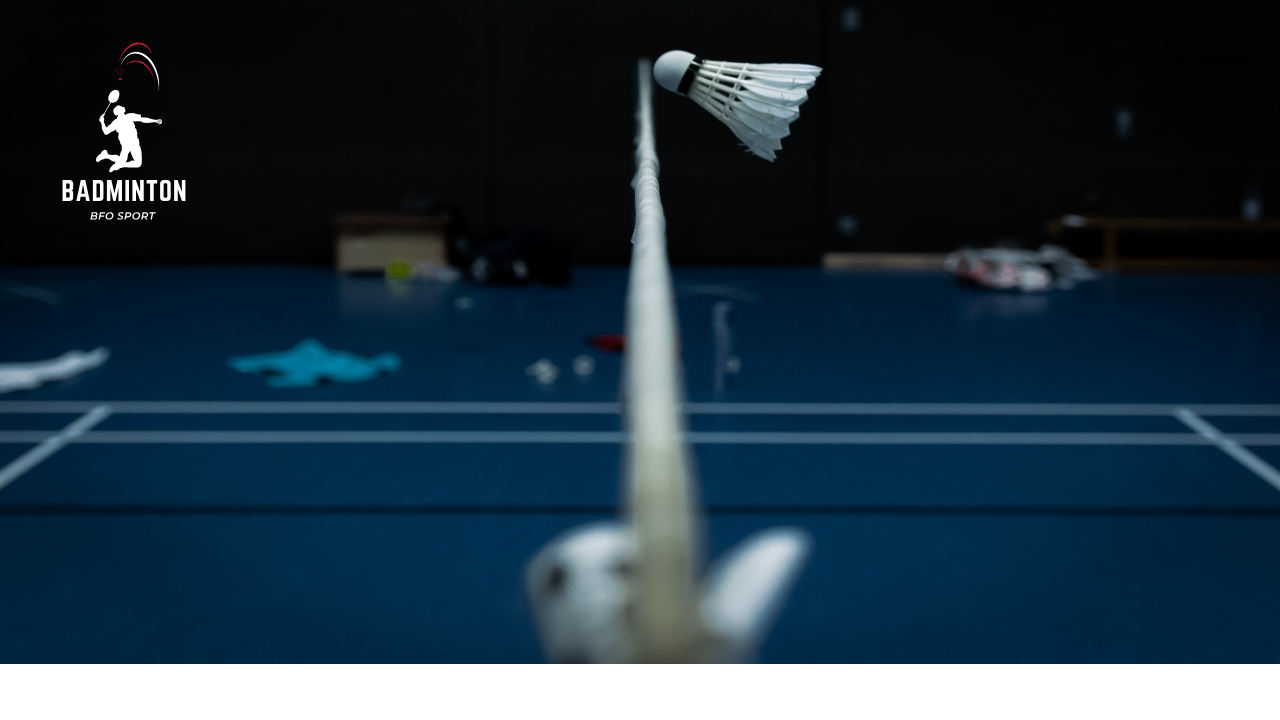
Repository: tsthuy/Badminton
Page: index.html
An editor plug-in stored every save of this project. The page is shown before and after the next save, followed by the edit.
The browser window is 1280 px wide. The pictures show the whole page.
Some web libraries are served in a nearby version.

Above is the page before, as saved 2023-10-13 20:52:52.

### index.html
<!DOCTYPE html>
<html lang="en">
<head>
    <meta charset="UTF-8">
    <meta name="viewport" content="width=device-width, initial-scale=1.0">
    <link rel="stylesheet" href="https://cdn.jsdelivr.net/npm/bootstrap@4.0.0/dist/css/bootstrap.min.css" integrity="sha384-Gn5384xqQ1aoWXA+058RXPxPg6fy4IWvTNh0E263XmFcJlSAwiGgFAW/dAiS6JXm" crossorigin="anonymous">
    <link rel="stylesheet" href="main.css">

    <title>Badminton</title>
</head>
<body>
<div class="">
    <img class="logo" src="./Image/sport center (1).svg" />
</div>

   <div class="background_cover">

    <img class="bg_img" src="./Image/stephan-rothe-VePgmkq3hHI-unsplash.jpg" alt="" style="">
   </div>

</body>

<script src="https://code.jquery.com/jquery-3.2.1.slim.min.js" integrity="sha384-KJ3o2DKtIkvYIK3UENzmM7KCkRr/rE9/Qpg6aAZGJwFDMVNA/GpGFF93hXpG5KkN" crossorigin="anonymous"></script>
<script src="https://cdn.jsdelivr.net/npm/popper.js@1.12.9/dist/umd/popper.min.js" integrity="sha384-ApNbgh9B+Y1QKtv3Rn7W3mgPxhU9K/ScQsAP7hUibX39j7fakFPskvXusvfa0b4Q" crossorigin="anonymous"></script>
<script src="https://cdn.jsdelivr.net/npm/bootstrap@4.0.0/dist/js/bootstrap.min.js" integrity="sha384-JZR6Spejh4U02d8jOt6vLEHfe/JQGiRRSQQxSfFWpi1MquVdAyjUar5+76PVCmYl" crossorigin="anonymous"></script>
    </script>
</html>

### main.css
.logo
{
    width: 300px;
   position: absolute;
   left: -26px;
   top: 0;
}
.bg_img
{
    height: 100vh;
    width: 100%;
    margin-top: -56px;
}

.nav_center
{
    display: flex;
    justify-content: center;
}

After the next save:
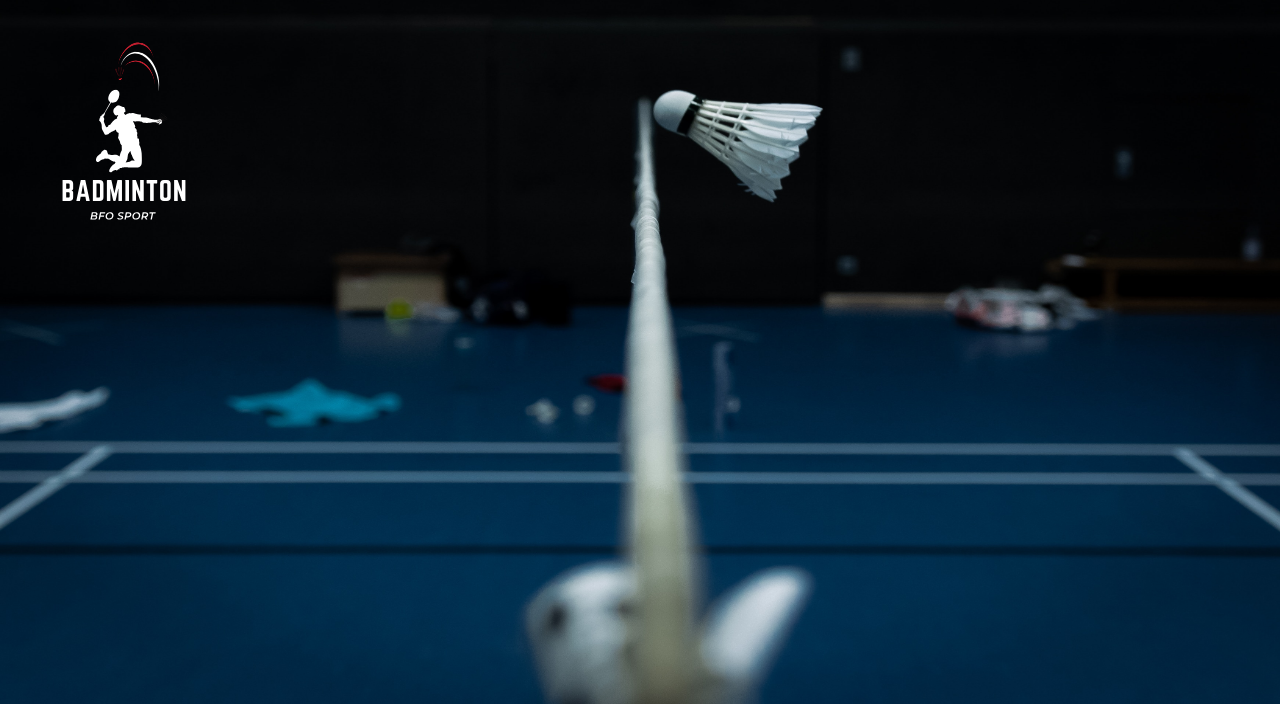
Saved 16 s later.
--- a/index.html
+++ b/index.html
@@ -12,7 +12,20 @@
 <div class="">
     <img class="logo" src="./Image/sport center (1).svg" />
 </div>
-
+<ul class="nav justify-content-center">
+  <li class="nav-item">
+    <a class="nav-link active" href="#">Active</a>
+  </li>
+  <li class="nav-item">
+    <a class="nav-link" href="#">Link</a>
+  </li>
+  <li class="nav-item">
+    <a class="nav-link" href="#">Link</a>
+  </li>
+  <li class="nav-item">
+    <a class="nav-link disabled" href="#">Disabled</a>
+  </li>
+</ul>
    <div class="background_cover">
 
     <img class="bg_img" src="./Image/stephan-rothe-VePgmkq3hHI-unsplash.jpg" alt="" style="">
